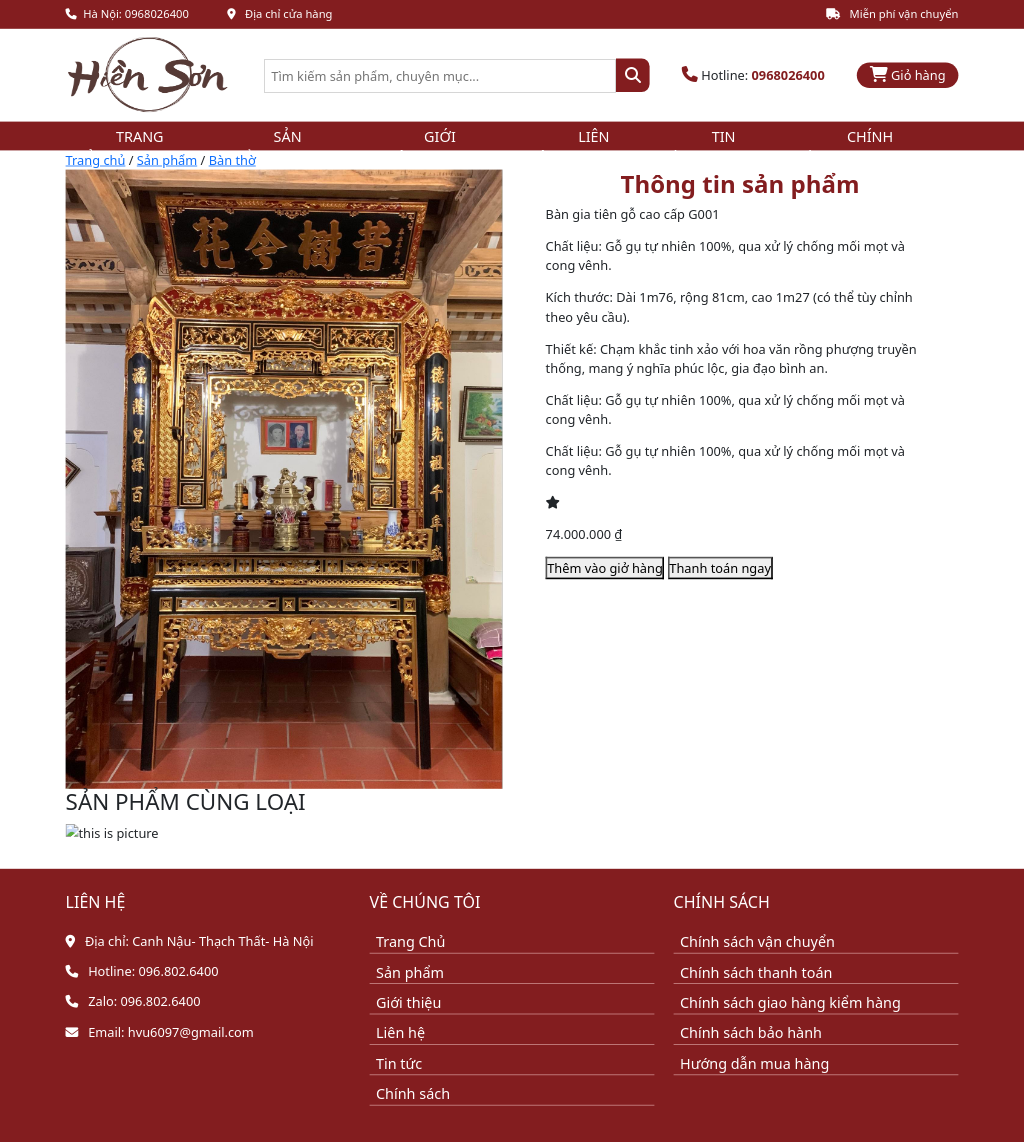
Repository: hoang28092000/do_go_hien_son
Page: product_details/ban_tho-g001.html
An editor plug-in stored every save of this project. The page is shown before and after the next save, followed by the edit.
The browser window is 1280 px wide. The pictures show the whole page, at 80% of full size.
Some web libraries are served in a nearby version.

Above is the page before, as saved 2024-08-10 20:07:16.

After the next save:
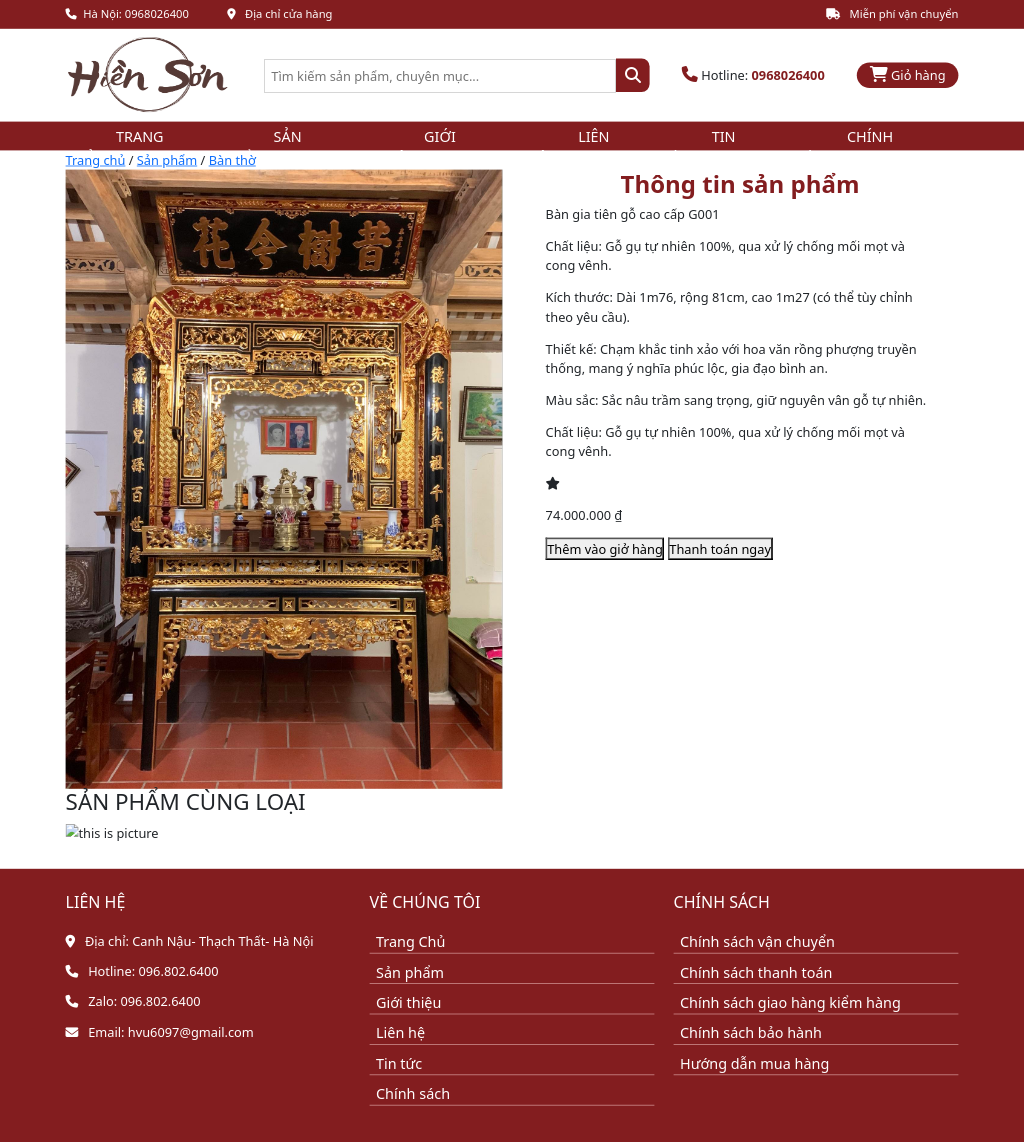
Saved 4 s later.
--- a/product_details/ban_tho-g001.html
+++ b/product_details/ban_tho-g001.html
@@ -101,7 +101,7 @@
                                     Thiết kế: Chạm khắc tinh xảo với hoa văn rồng phượng truyền thống, mang ý nghĩa phúc lộc, gia đạo bình an.
                                 </p>
                                 <p class="txt-pd">
-                                    Chất liệu: Gỗ gụ tự nhiên 100%, qua xử lý chống mối mọt và cong vênh.
+                                    Màu sắc: Sắc nâu trầm sang trọng, giữ nguyên vân gỗ tự nhiên.
                                 </p>
                                 <p class="txt-pd">
                                     Chất liệu: Gỗ gụ tự nhiên 100%, qua xử lý chống mối mọt và cong vênh.
